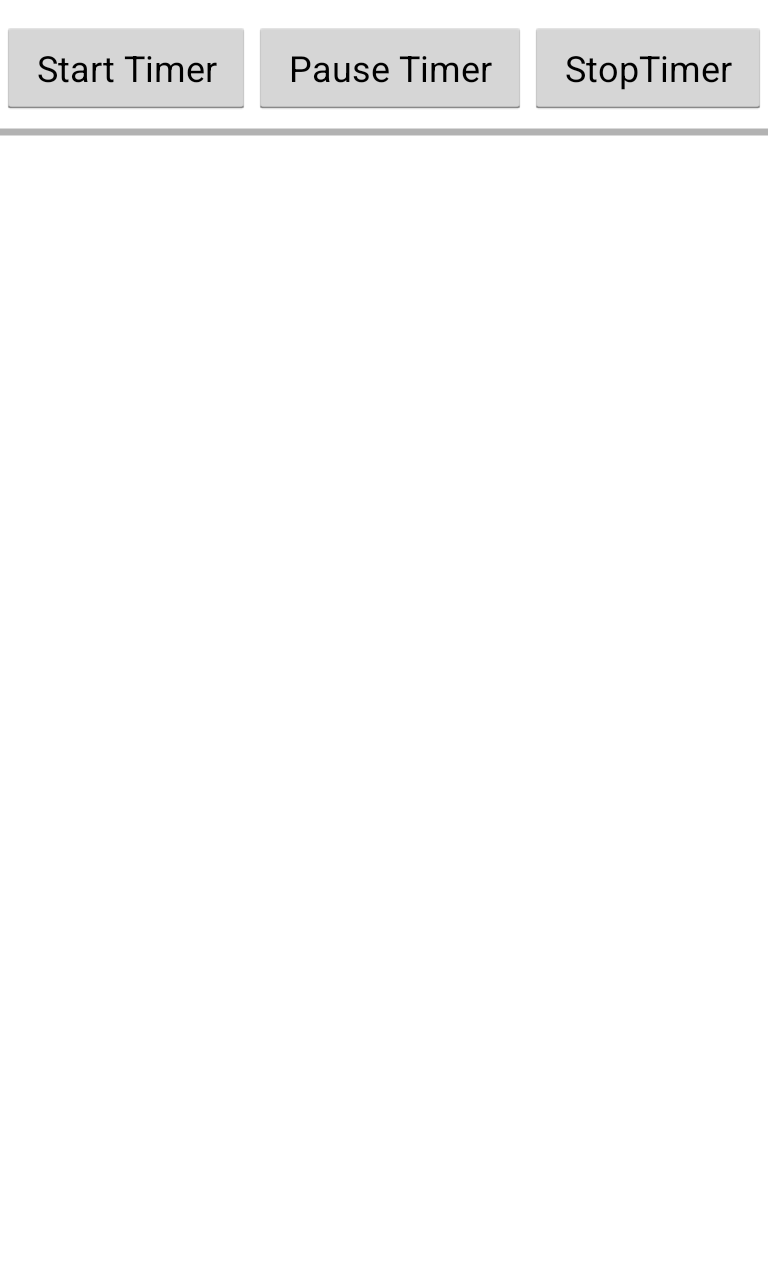
Repository: colinangusmackay/Xander.Pomodoro
Layout: src/Android/XanderPomodoro/res/layout/activity_main.xml
An editor plug-in stored every save of this project. The layout is shown before and after the next save, followed by the edit.
It is drawn on a 768 x 1280 px phone screen (xhdpi) without system bars, with theme AppTheme; the app's code is not run.

Above is the layout before, as saved 2013-02-09 12:08:21.

After the next save:
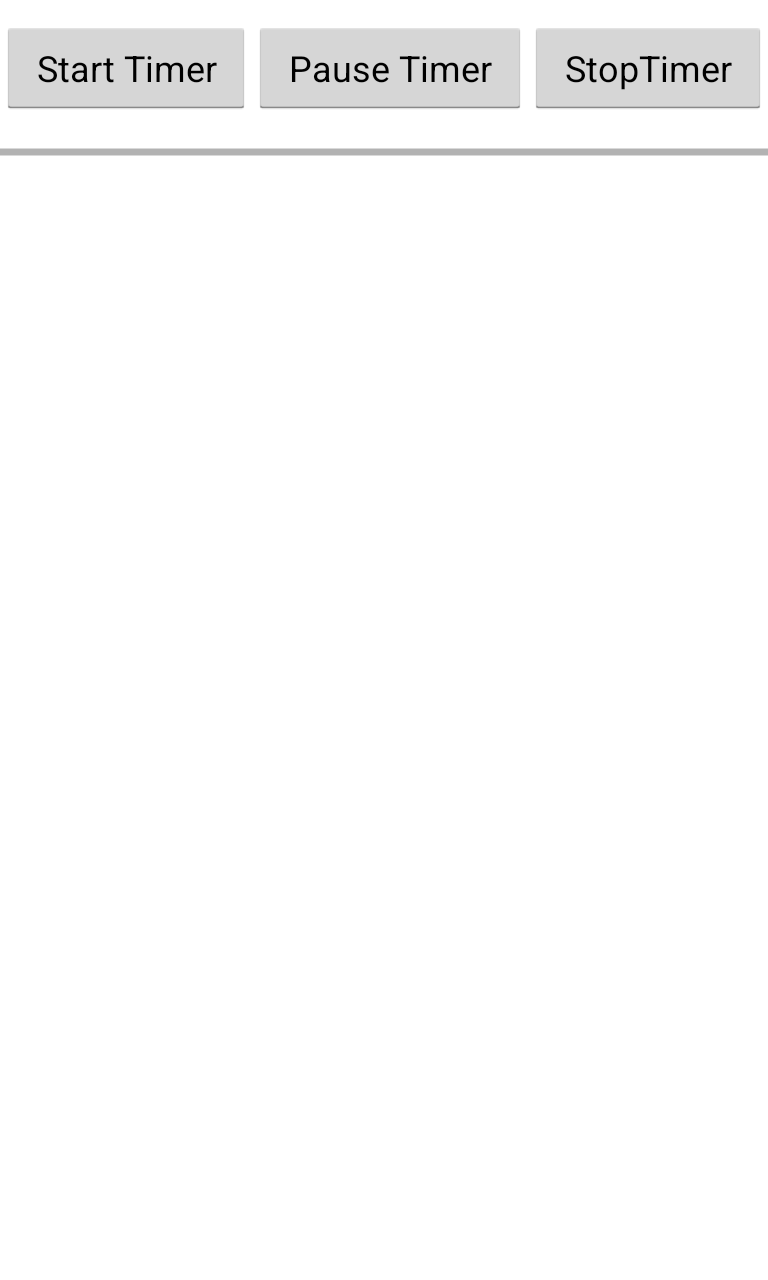
Saved 27 s later.
--- a/src/Android/XanderPomodoro/res/layout/activity_main.xml
+++ b/src/Android/XanderPomodoro/res/layout/activity_main.xml
@@ -35,6 +35,7 @@
 
     <ProgressBar
         android:id="@+id/progressBar1"
+        android:layout_marginTop="10dip"
         style="?android:attr/progressBarStyleHorizontal"
         android:layout_width="match_parent"
         android:layout_height="wrap_content" />
